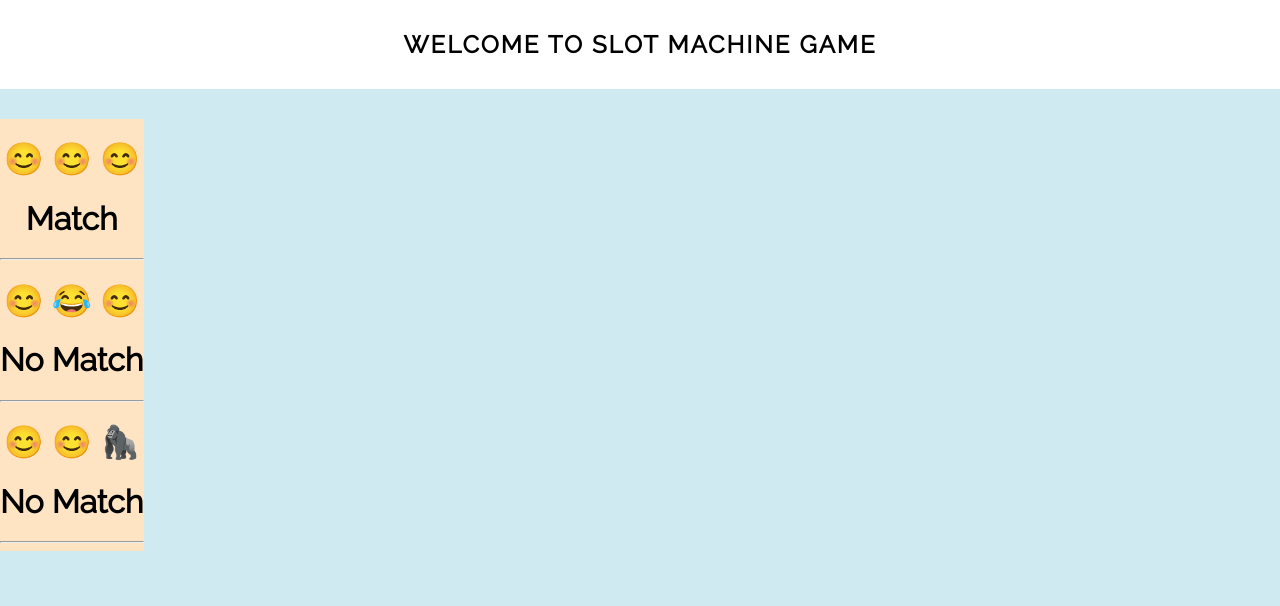
Repository: duggallakshya/slotMachineReact
Page: /
These files come from the project's save history. The page is drawn as it stood at one moment and after the next save; the edit follows.
The browser window is 1280 px wide. The pictures show the whole page.
The project was rebuilt for these pictures with package versions that can differ from the ones it lists, and the page was loaded fresh each time.

Above is the page before, as saved 2022-03-23 00:33:47.

### src/index.js
import React from 'react';
import ReactDOM from 'react-dom';
import './index.css';
import App from './App';

ReactDOM.render(
  <App />,
  document.getElementById('root')
)

### src/index.css
@import url('https://fonts.googleapis.com/css2?family=Raleway&display=swap');
body{
  background-color: rgb(207, 235, 241);
  margin: 0;
  padding: 0;

}

.heading-style{
  padding: 30px 0;
  margin-top: 0px;
  text-align: center;
  font-family:'Raleway', sans-serif;
  text-transform: uppercase;
  font-size: 13px;
  letter-spacing: 2px;
  font-weight: 500;
  background-color: #fff;
  font-size: 1.5rem;
  margin-bottom: 30px;
  font-weight: bold;
}

.slot-inner{
  text-align: center;
  font-family: 'Raleway', sans-serif ;
}
.main-div{
  display: inline-block;
  flex-direction: column;
  height: auto;
  justify-content: center;
  align-items: center;
  background-color: bisque;

}

### src/App.jsx
import React from 'react';
import SlotMachine from './SlotMachine';

const App = () => {
    return(
        <>
            <h1 className="heading-style"> Welcome to Slot machine game </h1>
            <div className="main-div">
                <SlotMachine x ='😊' y ='😊' z ='😊'/>
                <SlotMachine x ='😊' y ='😂' z ='😊'/>
                <SlotMachine x ='😊' y ='😊' z ='🦍'/>
            </div>
        </>
    )
}

export default App;

### src/SlotMachine.jsx
import React from 'react';

const SlotMachine = (props) => {
    if(props.x===props.y && props.y==props.z){
        return (
            <>
                <div className="slot-inner">

                    <h1> {props.x} {props.y} {props.z} </h1>
                    <h1> Match </h1>
                    <hr/>

                </div>
            </>
        )
    }
    else{
        return (
            <>
                <div className="slot-inner">

                    <h1> {props.x} {props.y} {props.z} </h1>
                    <h1> No Match </h1>
                    <hr/>

                </div>
            </>
        )
    }
}

export default SlotMachine;

Loaded but not shown: public/index.html (common file)

After the next save:
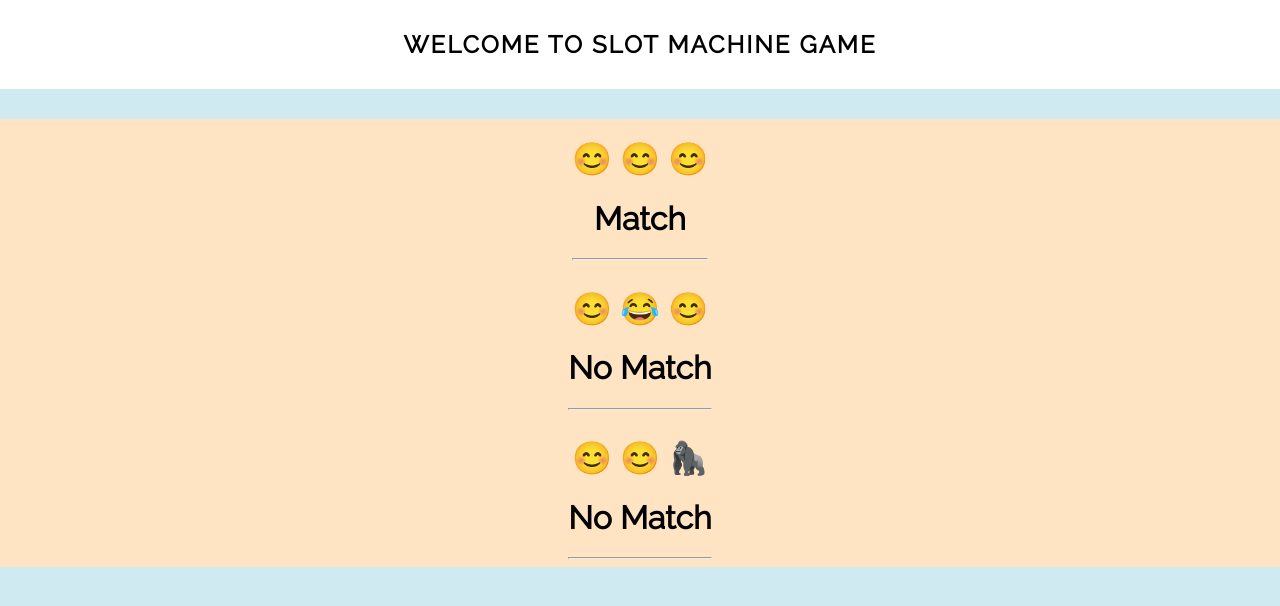
Saved 13 s later.
--- a/src/index.css
+++ b/src/index.css
@@ -26,7 +26,7 @@ body{
   font-family: 'Raleway', sans-serif ;
 }
 .main-div{
-  display: inline-block;
+  display: flex;
   flex-direction: column;
   height: auto;
   justify-content: center;
